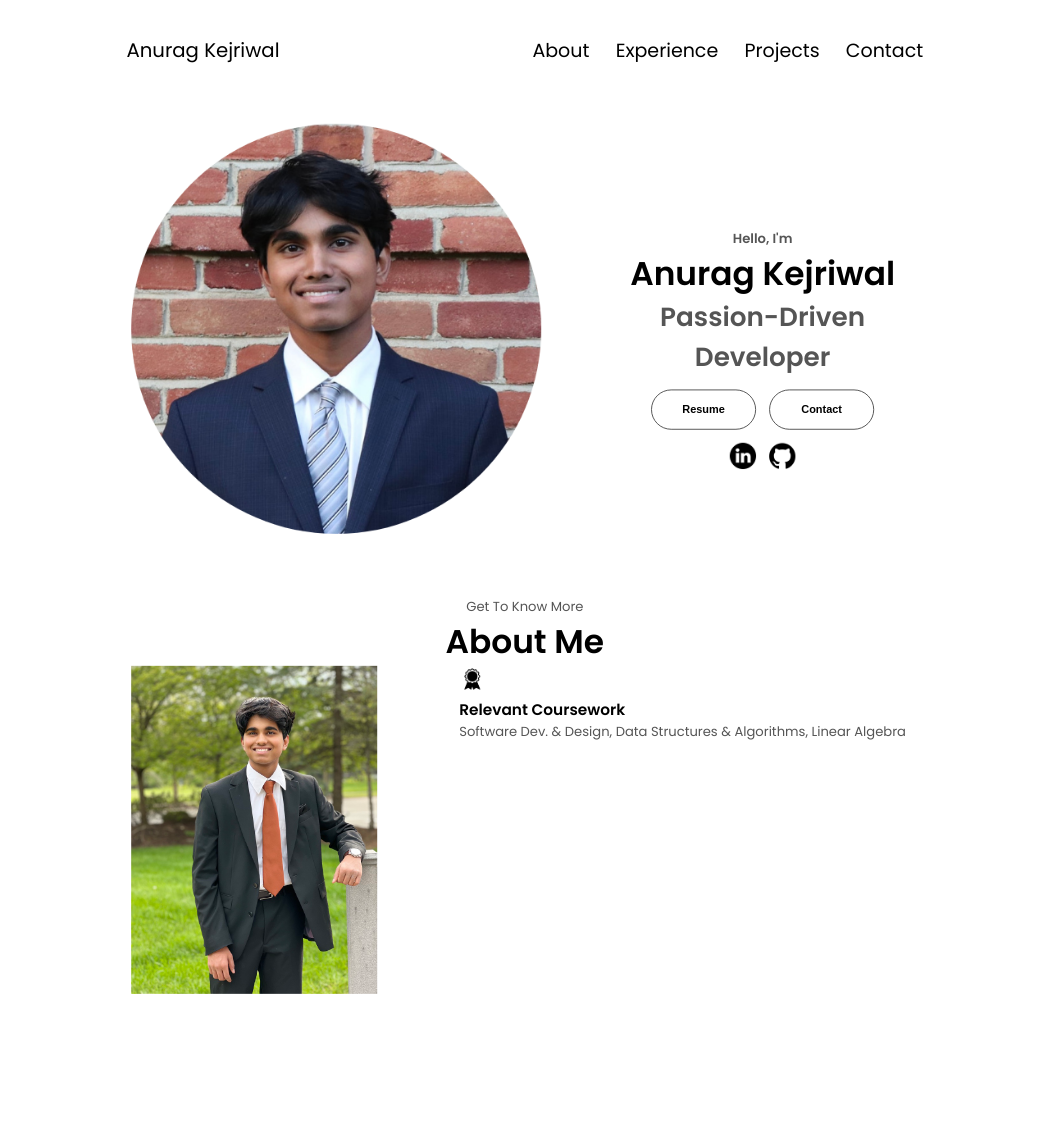
Repository: anuragkej/OldPortfolio
Page: index.html
These files come from the project's save history. The page is drawn as it stood at one moment and after the next save; the edit follows.
The browser window is 1280 px wide. The pictures show the whole page, at 82% of full size.

Above is the page before, as saved 2024-05-26 04:29:04.

### index.html
<!DOCTYPE html>
<html lang="en">
<head>
    <meta charset="UTF-8">
    <meta name="viewport" content="width=device-width, initial-scale=1.0">
    <title>Personal Portfolio</title>
    <link rel="stylesheet" href="style.css">
    <link rel="stylesheet" href="mediaqueries.css">
</head>
<body>
    <nav id="desktop-nav">
        <div class="logo">Anurag Kejriwal</div>
        <div>
            <ul class="nav-links">
                <li><a href="#about">About</a></li>
                <li><a href="#experience">Experience</a></li>
                <li><a href="#projects">Projects</a></li>
                <li><a href="#contact">Contact</a></li>
            </ul>
        </div>
    </nav>
    <nav id="hamburger-nav">
        <div class="logo">Anurag Kejriwal</div>
        <div class="hamburger-menu">
            <div class="hamburger-icon" onclick="toggleMenu()">
                <span></span>
                <span></span>
                <span></span>
            </div>
            <div class="menu-links">
                <li><a href="#about" onclick="toggleMenu()" >About</a></li>
                <li><a href="#experience" onclick="toggleMenu()">Experience</a></li>
                <li><a href="#projects" onclick="toggleMenu()">Projects</a></li>
                <li><a href="#contact" onclick="toggleMenu()">Contact</a></li>
            </div>
        </div>
    </nav>
    <section id="profile">
        <div class="section_pic-container">
            <img src="./assets/anuragprofpic.png" alt="Anurag Kejriwal profile picture">
        </div>
        <div class="section__text">
            <p class="section__text__p1">Hello, I'm</p>
            <h1 class="title">Anurag Kejriwal</h1>
            <p class="section__text__p2">Passion-Driven Developer</p>
            <div class="btn-container">
                <button class="btn btn-color-2"
                onclick="window.open('./assets/AnuragKejriwalResume_2026.pdf')">Resume</button>
                <button class="btn btn-color-1"
                onclick="location.href='./#contact'">Contact</button>
            </div>
            <div id="socials-container">
                <img src="./assets/linkedin.png" alt="My LinkedIn Profile"
                class ="icon" onclick="location.href='https://linkedin.com/in/anuragkejriwal1/'">
                <img src="./assets/github.png" alt="My Github Profile"
                class ="icon" onclick="location.href='https://github.com/anuragkej'">
            </div>
        </div>
    </section>
    <section id="about">
        <p class="section__text__p1">Get To Know More</p>
        <h1 class="title">About Me</h1>
        <div class="section-container">
        <div class="section__pic-container">
            <img src="./assets/E4CC9343-5963-4651-9569-35505B2238C1_1_105_c.jpeg" alt="Profile Picture" class="about-pic"/>
        </div>
        <div class="about-details-container">
            <div class="about-containers">
                <div class="details-container">
                    <img src="./assets/experience.png" alt="Experience icon" class="icon"/>
                    <h3>Relevant Coursework</h3>
                    <p>Software Dev. & Design, Data Structures & Algorithms, Linear Algebra</p>
                </div>
            </div>
        </div>
        </div>
    </section>
    <script src="script.js"></script>

</body>
</html>

### style.css
/* General */

@import url('https://fonts.googleapis.com/css2?family=Poppins:wght@300;400;500;600&display=swap');
*{
    margin: 0;
    padding: 0;
}

body{
    font-family: "Poppins", sans-serif;
}

html{
    scroll-behavior: smooth;
}

p{
    color: rgb(85, 85, 85);
}

/* Transition */
/* all the links, with button*/

a,
.btn{
    transition: all 300ms ease;
}

/*Desktop navigation */

nav, .nav-links {
    display: flex;
}

nav{
    justify-content: space-around;
    align-items: center;
    height: 17vh;
}

.nav-links{
    gap: 2rem;
    list-style: none;
    font-size: 1.45rem;
}

a{
    color: black;
    text-decoration: none;
    text-decoration-color: white;

}

a:hover{
    color: grey;
    text-decoration: underline;
    text-underline-offset: 0.7rem;
    text-decoration-color: rgb(181, 181, 181);
}

.logo{
    font-size: 1.5rem
}

.logo:hover{
    cursor:default;
}

/*Hamburger menu */

#hamburger-nav{
    display: none;
}

.hamburger-menu{
    position: relative;
    display: inline-block;
}

.hamburger-icon{
    display: flex;
    flex-direction: column;
    justify-content: space-between;
    height: 24px;
    width: 30px;
    cursor: pointer;
}

.hamburger-icon span{
    width: 100%;
    height: 2px;
    background-color: black;
    transition: all 0.3 ease-in-out;
}

.menu-links{
    position: absolute;
    top: 100%;
    right: 0%;
    background-color: white;
    width: fit-content;
    max-height: 0;
    overflow: hidden;
    transition: all 0.3 ease-in-out;
}

.menu-links a{
    display: block;
    padding: 10px;
    text-align: center;
    font-size: 1.5rem;
    color:black;
    text-decoration: none;
    transition: all 0.3 ease-in-out;

}

.menu-links li{
    list-style: none;
}

.menu-links.open{
    max-height: 300px;
}

.hamburger-icon.open span:first-child{
    transform: rotate(45deg) translate(10px, 5px);
}
.hamburger-icon.open span:nth-child(2){
    opacity: 0;
}
.hamburger-icon.open span:last-child{
    transform: rotate(-45deg) translate(10px, -5px);
}

.hamburger-icon span:first-child{
    transform: none;
}
.hamburger-icon span:first-child{
    opacity: 1;
}
.hamburger-icon span:first-child{
    transform: none;
}

/*Sections*/

section{
    padding-top: 4vh;
    height: 96vh;
    margin: 0 10rem;
    box-sizing: border-box;
    min-height: fit-content;
}

.section-container{
    display: flex;
}

/*Profile Section*/

#profile {
    display: flex;
    justify-content: center;
    gap: 5rem;
    height: 80vh;
}

.section__pic-container{
    display: flex;
    height: 400px;
    width: 400px;
    margin: auto 0;
}

.section__text{
    align-self: center;
    text-align: center;

}

.section__text p{
    font-weight: 600;
}

.section__text__p1{
    text-align: center;
}
.section__text__p2{
    font-size: 2rem;
    margin-bottom: 1rem;
}

.title{
    font-size: 2.5rem;
    text-align: center;
}

#socials-container{
    display: flex;
    justify-content: center;
    margin-top: 1rem;
    gap: 1rem;
}

/*Icon*/

.icon{
    cursor: pointer;
    height: 2rem;
}

/*Buttons*/

.btn-container{
    display: flex;
    justify-content: center;
    gap: 1rem;

}

.btn{
    font-weight: 600;
    transition: all 300ms ease;
    padding: 1rem;
    width: 8rem;
    border-radius: 2rem;
}

.btn-color-1, .btn-color-2{
    border: rgb(53,53,53) 0.1rem solid;
}

.btn-color-1:hover, .btn-color-2:hover{
    cursor: pointer;
}


.btn-color-1:hover, .btn-color-2:hover{
    background: rgb(42, 42, 42);
    color: white;
}

.btn-color-2, .btn-color-1 {
    background: none;
}

.btn-color-2:hover{
    border: rgb(255,255,255) 0.3rem solid;
}


.btn-color-1:hover{
    border: rgb(255,255,255) 0.3rem solid;
}

.btn-container {
    gap: 1rem;
}
/* General */

@import url('https://fonts.googleapis.com/css2?family=Poppins:wght@300;400;500;600&display=swap');
*{
    margin: 0;
    padding: 0;
}

body{
    font-family: "Poppins", sans-serif;
}

html{
    scroll-behavior: smooth;
}

p{
    color: rgb(85, 85, 85);
}

/* Transition */
/* all the links, with button*/

a,
.btn{
    transition: all 300ms ease;
}

/*Desktop navigation */

nav, .nav-links {
    display: flex;
}

nav{
    justify-content: space-around;
    align-items: center;
    height: 17vh;
}

.nav-links{
    gap: 2rem;
    list-style: none;
    font-size: 1.45rem;
}

a{
    color: black;
    text-decoration: none;
    text-decoration-color: white;

}

a:hover{
    color: grey;
    text-decoration: underline;
    text-underline-offset: 0.7rem;
    text-decoration-color: rgb(181, 181, 181);
}

.logo{
    font-size: 1.5rem
}

.logo:hover{
    cursor:default;
}

/*Hamburger menu */

#hamburger-nav{
    display: none;
}

.hamburger-menu{
    position: relative;
    display: inline-block;
}

.hamburger-icon{
    display: flex;
    flex-direction: column;
    justify-content: space-between;
    height: 24px;
    width: 30px;
    cursor: pointer;
}

.hamburger-icon span{
    width: 100%;
    height: 2px;
    background-color: black;
    transition: all 0.3 ease-in-out;
}

.menu-links{
    position: absolute;
    top: 100%;
    right: 0%;
    background-color: white;
    width: fit-content;
    max-height: 0;
    overflow: hidden;
    transition: all 0.3 ease-in-out;
}

.menu-links a{
    display: block;
    padding: 10px;
    text-align: center;
    font-size: 1.5rem;
    color:black;
    text-decoration: none;
    transition: all 0.3 ease-in-out;

}

.menu-links li{
    list-style: none;
}

.menu-links.open{
    max-height: 300px;
}

.hamburger-icon.open span:first-child{
    transform: rotate(45deg) translate(10px, 5px);
}
.hamburger-icon.open span:nth-child(2){
    opacity: 0;
}
.hamburger-icon.open span:last-child{
    transform: rotate(-45deg) translate(10px, -5px);
}

.hamburger-icon span:first-child{
    transform: none;
}
.hamburger-icon span:first-child{
    opacity: 1;
}
.hamburger-icon span:first-child{
    transform: none;
}

/*Sections*/

section{
    padding-top: 4vh;
    height: 96vh;
    margin: 0 10rem;
    box-sizing: border-box;
    min-height: fit-content;
}

.section-container{
    display: flex;
}

/*Profile Section*/

#profile {
    display: flex;
    justify-content: center;
    gap: 5rem;
    height: 80vh;
}

.section__pic-container{
    display: flex;
    height: 400px;
    width: 400px;
    margin: auto 0;
}

.section__text{
    align-self: center;
    text-align: center;

}

.section__text p{
    font-weight: 600;
}

.section__text__p1{
    text-align: center;
}
.section__text__p2{
    font-size: 2rem;
    margin-bottom: 1rem;
}

.title{
    font-size: 2.5rem;
    text-align: center;
}

#socials-container{
    display: flex;
    justify-content: center;
    margin-top: 1rem;
    gap: 1rem;
}

/*Icon*/

.icon{
    cursor: pointer;
    height: 2rem;
}

/*Buttons*/

.btn-container{
    display: flex;
    justify-content: center;
    gap: 1rem;

}

.btn{
    font-weight: 600;
    transition: all 300ms ease;
    padding: 1rem;
    width: 8rem;
    border-radius: 2rem;
}

.btn-color-1, .btn-color-2{
    border: rgb(53,53,53) 0.1rem solid;
}

.btn-color-1:hover, .btn-color-2:hover{
    cursor: pointer;
}


.btn-color-1:hover, .btn-color-2:hover{
    background: rgb(42, 42, 42);
    color: white;
}

.btn-color-2, .btn-color-1 {
    background: none;
}

.btn-color-2:hover{
    border: rgb(255,255,255) 0.3rem solid;
}


.btn-color-1:hover{
    border: rgb(255,255,255) 0.3rem solid;
}

.btn-container {
    gap: 1rem;
}

### mediaqueries.css
@media screen and (max-width: 1200px) {
    #desktop-nav {
        display: none;
    }
    #hamburger-nav{
        display: flex;
    }
}

### script.js
function toggleMenu(){
    const menu = document.querySelector(".menu-links");
    const icon = document.querySelector(".hamburger-icon");
    menu.classList.toggle("open");
    icon.classList.toggle("open");
}
function toggleMenu(){
    const menu = document.querySelector(".menu-links");
    const icon = document.querySelector(".hamburger-icon");
    menu.classList.toggle("open");
    icon.classList.toggle("open");
}

After the next save:
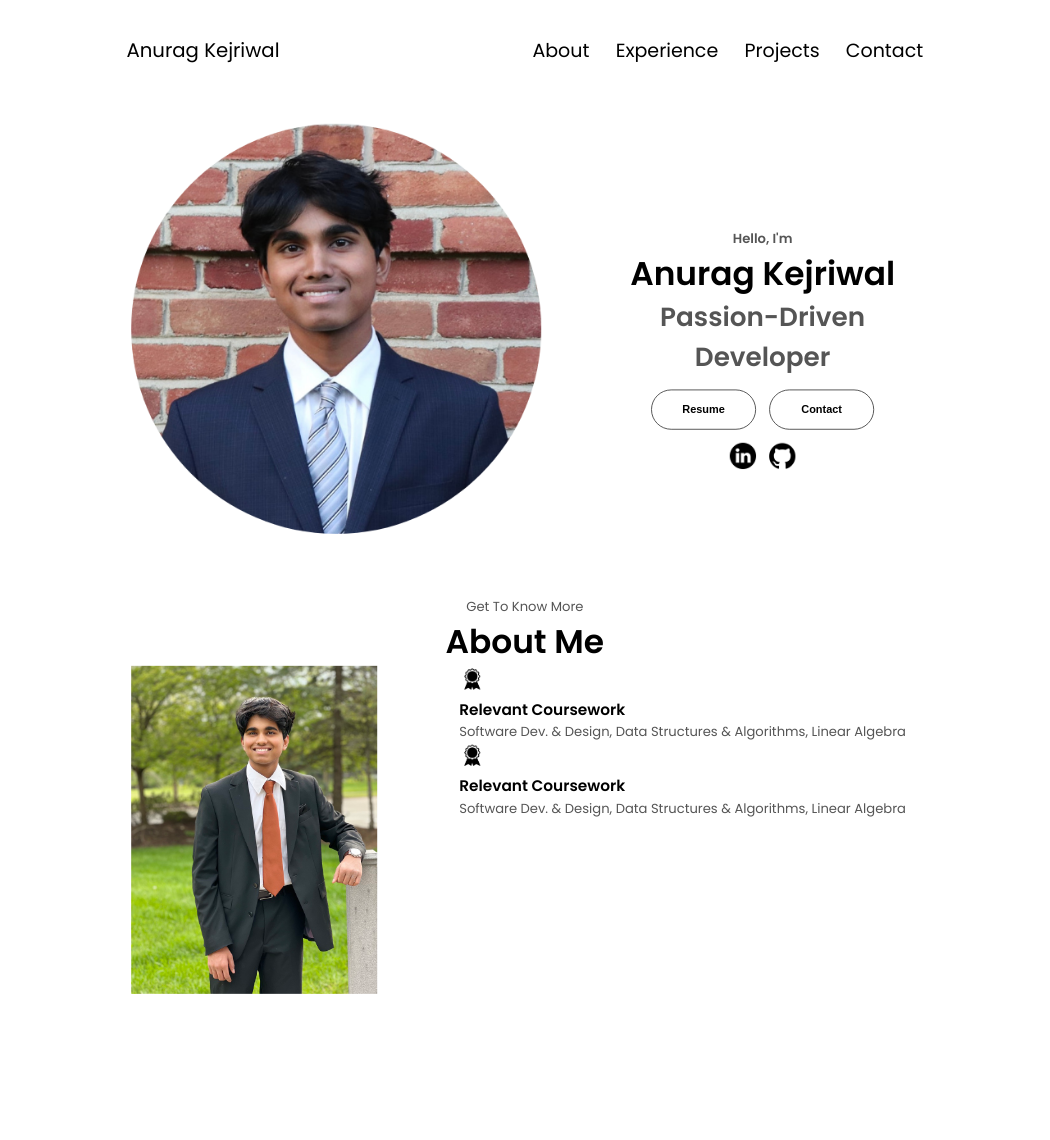
Saved 5 min 37 s later.
--- a/index.html
+++ b/index.html
@@ -71,6 +71,10 @@
                     <h3>Relevant Coursework</h3>
                     <p>Software Dev. & Design, Data Structures & Algorithms, Linear Algebra</p>
                 </div>
+                <div class="details-container"></div>
+                <img src="./assets/experience.png" alt="Experience icon" class="icon"/>
+                    <h3>Relevant Coursework</h3>
+                    <p>Software Dev. & Design, Data Structures & Algorithms, Linear Algebra</p>
             </div>
         </div>
         </div>
